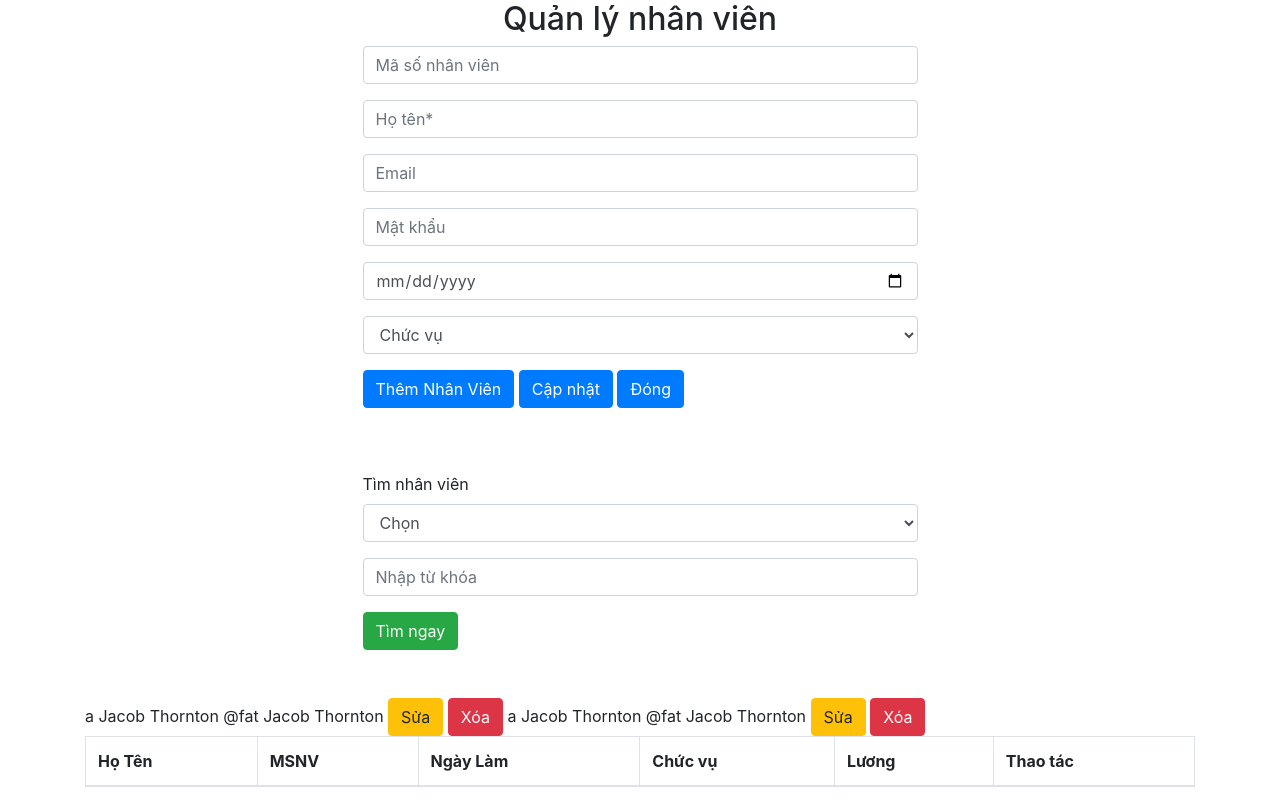
Repository: dovanthao2404/quanlynhanvien
Page: index.html
The author's editor kept a copy of each file at every save. The page is drawn from the files as they stood at one save, then again after the next save.
The browser window is 1280 px wide. The pictures show the whole page.

Above is the page before, as saved 2021-06-30 00:48:31.

After the next save:
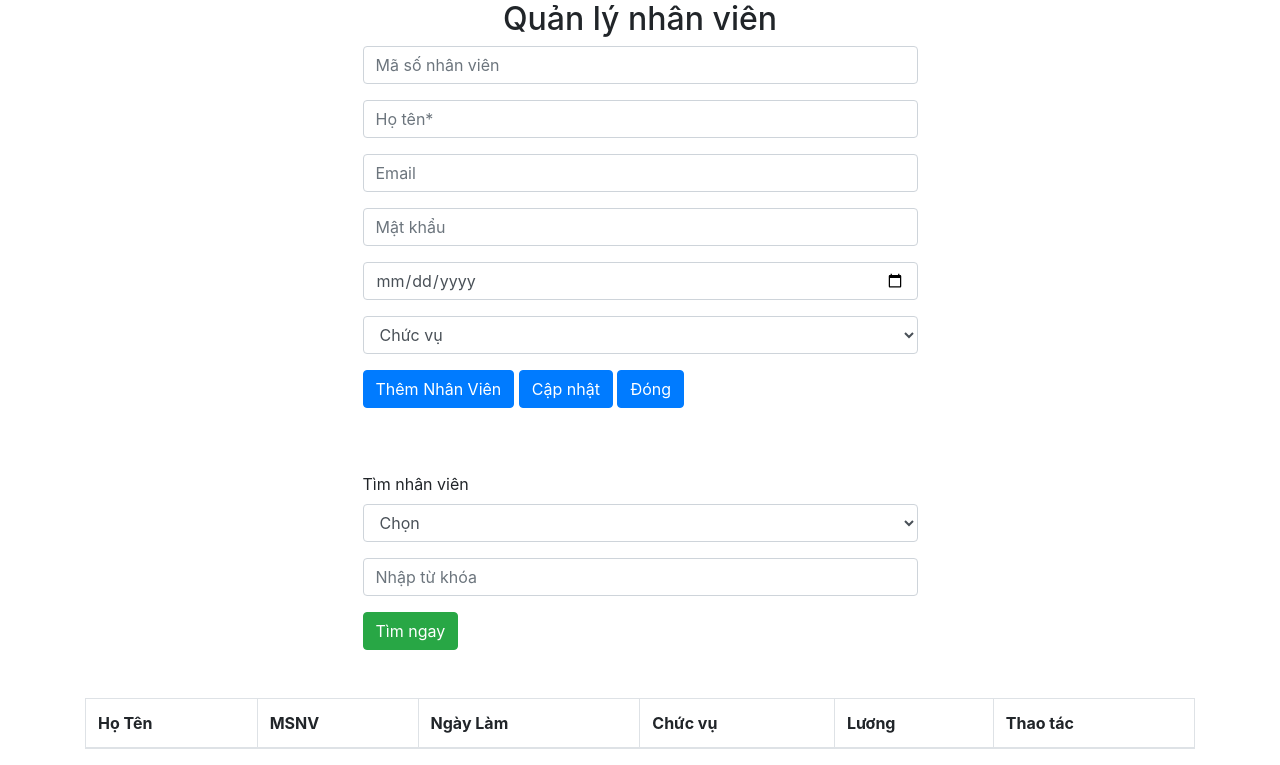
Console error: TypeError: Cannot set properties of null (setting 'innerHTML')
Saved 29 s later.
--- a/js/main.js
+++ b/js/main.js
@@ -62,7 +62,7 @@
 // HienThiDanhSach(congTy.DanhSachNhanVien);
 
 function HienThiDanhSach(dsnv) {
-  var tbody = document.getElementById('tableDanhSach');
+  var tbody = document.querySelector('tableDanhSach');
   // let tbody = getEle("tableDanhSach");
   var htmls = '';
   let soNV = dsnv.length;

After the save that followed:
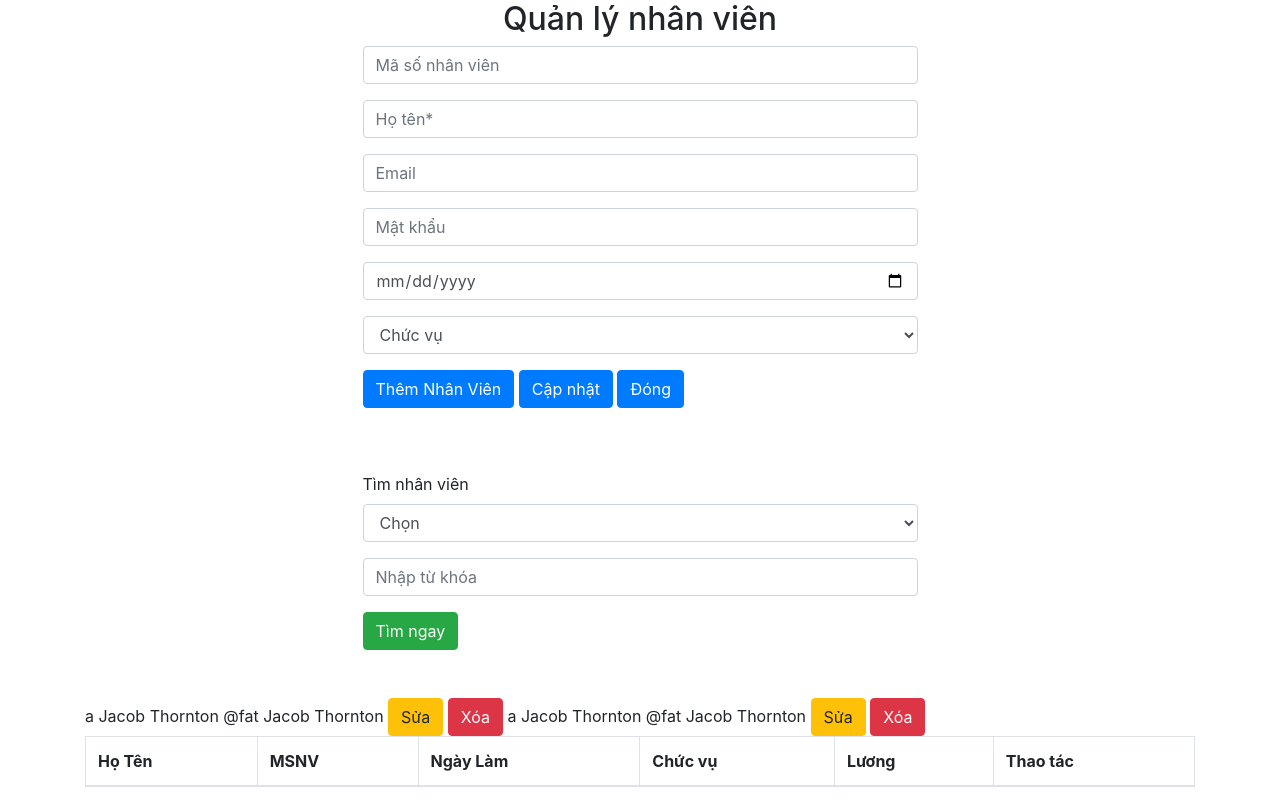
The error is gone.
Saved 22 s later.
--- a/js/main.js
+++ b/js/main.js
@@ -62,7 +62,7 @@
 // HienThiDanhSach(congTy.DanhSachNhanVien);
 
 function HienThiDanhSach(dsnv) {
-  var tbody = document.querySelector('tableDanhSach');
+  var tbody = document.querySelector('#tableDanhSach');
   // let tbody = getEle("tableDanhSach");
   var htmls = '';
   let soNV = dsnv.length;
